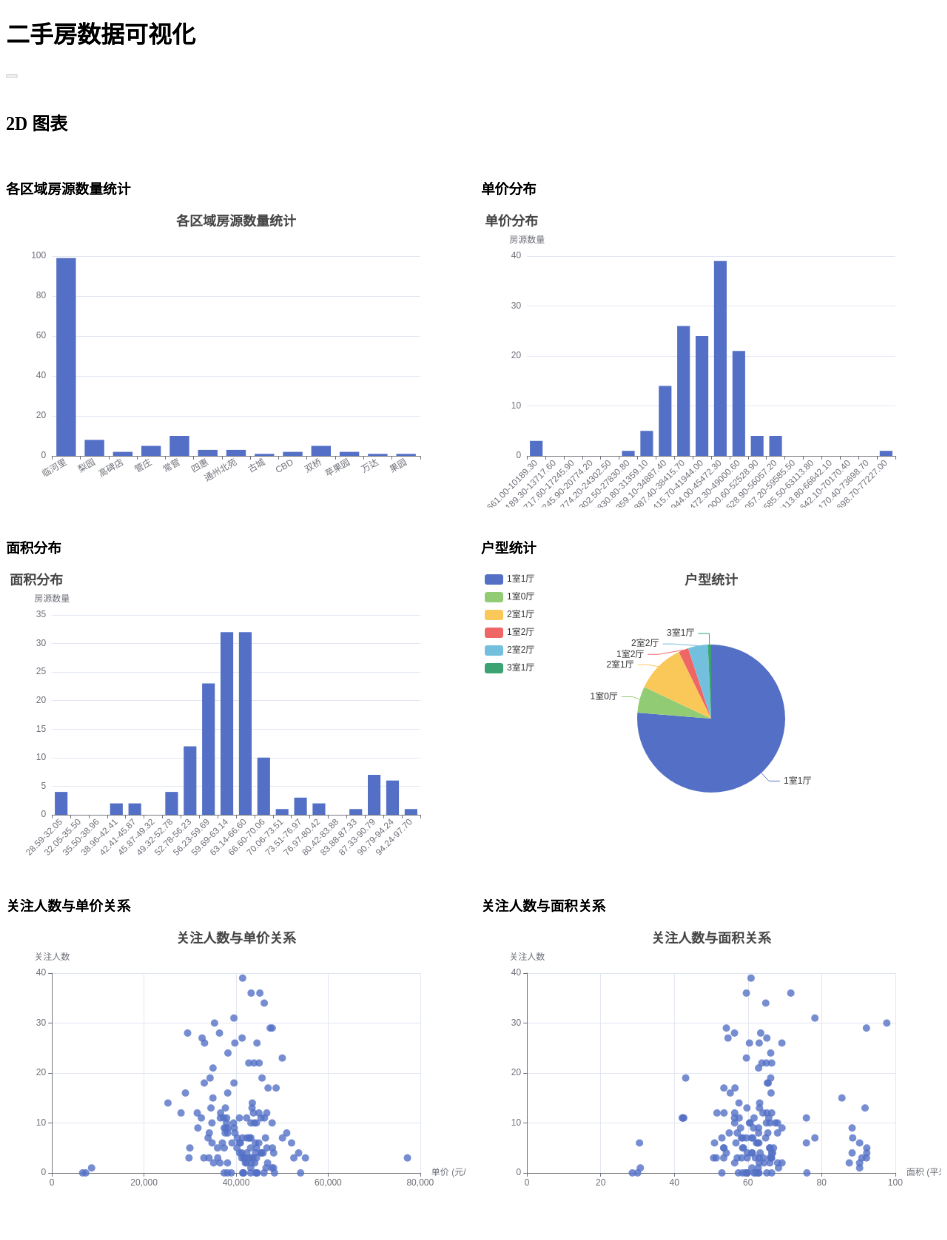
Repository: sakimi-9/DPV-SHP_BeiJing
Page: / (app in py_crawler/rendering/)
An editor plug-in stored every save of this project. The page is shown before and after the next save, followed by the edit.
The browser window is 1280 px wide. The pictures show the whole page, at 74% of full size.
The project was rebuilt for these pictures with package versions that can differ from the ones it lists, and the page was loaded fresh each time. Also part of the build but not shown: py_crawler/rendering/vite.config.ts.

Above is the page before, as saved 2025-05-22 15:53:10.

### py_crawler/rendering/index.html
<!DOCTYPE html>
<html lang="en">

<head>
    <meta charset="UTF-8">
    <link rel="icon" href="/favicon.ico">
    <meta name="viewport" content="width=device-width, initial-scale=1.0">
    <title>二手房数据可视化</title>
</head>

<body>
    <div id="app"></div>
    <script type="module" src="/src/main.ts"></script>
</body>

</html>

### py_crawler/rendering/src/App.vue
<template>
  <div>
    <h1>二手房数据可视化</h1>

    <!-- 模式切换 UI -->
    <div>
      <button @click="currentMode = '2D'" :disabled="currentMode === '2D'"></button>
    </div>

    <!-- 2D 图表区域 -->
    <TwoDCharts v-if="currentMode === '2D'" :house-data="houseData" />
  </div>
</template>

<script setup lang="ts">
import { ref, onMounted } from 'vue';

// 导入新组件
import TwoDCharts from './components/TwoDCharts.vue';

// 定义解析后的房源数据接口 (保留接口定义，添加经纬度)
interface ParsedHouse {
  房源标题: string;
  室: number | null;
  厅: number | null;
  面积: number | null; // 平米
  朝向: string | null;
  装修: string | null;
  楼层信息: string | null; // 例如 "中楼层"
  总楼层: number | null;
  建筑年份: number | null; // 例如 2012
  建筑类型: string | null; // 例如 "板塔结合"
  小区名称: string | null;
  所在区域: string | null; // 例如 "临河里"
  单价: number | null; // 元/平
  关注人数: number | null;
  发布时间: string | null; // 例如 "2个月以前发布"
  标签: string[];
  // 添加经纬度信息
  location?: { lng: number; lat: number };
}

// 数据解析函数 (修改：查找并添加经纬度)
function parseHouseData(rawData: any[]): ParsedHouse[] {
  const parsedData: ParsedHouse[] = [];

  rawData.forEach(item => {
    const parsedItem: ParsedHouse = {
      房源标题: item['房源'] || '',
      室: null,
      厅: null,
      面积: null,
      朝向: null,
      装修: null,
      楼层信息: null,
      总楼层: null,
      建筑年份: null,
      建筑类型: null,
      小区名称: null,
      所在区域: null,
      单价: null,
      关注人数: null,
      发布时间: item['关注人数和发布时间'] ? item['关注人数和发布时间'].split(' / ')[1]?.trim() || null : null,
      标签: item['标签'] ? item['标签'].split(' ').filter((tag: string) => tag.trim() !== '') : [],
    };

    const houseInfoParts = item['房子信息'] ? item['房子信息'].split(' | ').map((part: string) => part.trim()) : [];
    houseInfoParts.forEach((part: string) => {
      if (part.includes('室') && part.includes('厅')) {
        const match = part.match(/(\d+)室(\d+)厅/);
        if (match) {
          parsedItem.室 = parseInt(match[1], 10);
          parsedItem.厅 = parseInt(match[2], 10);
        }
      } else if (part.includes('平米')) {
        const match = part.match(/([\d\.]+)平米/);
        if (match) {
          parsedItem.面积 = parseFloat(match[1]);
        }
      } else if (part.includes('层') && part.includes('共')) {
        const match = part.match(/(.+)\(共(\d+)层\)/);
        if (match) {
          parsedItem.楼层信息 = match[1].trim();
          parsedItem.总楼层 = parseInt(match[2], 10);
        } else {
          const totalFloorsMatch = part.match(/(\d+)层/);
          if (totalFloorsMatch) {
            parsedItem.总楼层 = parseInt(totalFloorsMatch[1], 10);
          }
        }
      } else if (part.match(/\d{4}年/)) {
        parsedItem.建筑年份 = parseInt(part, 10);
      } else if (part === '板楼' || part === '塔楼' || part === '板塔结合') {
        parsedItem.建筑类型 = part;
      } else if (['东', '南', '西', '北', '东南', '东北', '西南', '西北'].some(dir => part.includes(dir))) {
        parsedItem.朝向 = part;
      } else if (['毛坯', '简装', '精装', '其他'].some(dec => part.includes(dec))) {
        parsedItem.装修 = part;
      }
    });

    const areaParts = item['所在区域'] ? item['所在区域'].split('  ').map((part: string) => part.trim()) : [];
    if (areaParts.length > 0) {
      parsedItem.小区名称 = areaParts[0];
      if (areaParts.length > 1) {
        parsedItem.所在区域 = areaParts[1];
      }
    }

    const priceMatch = item['单价'] ? item['单价'].replace(',', '').match(/([\d\.]+)元\/平/) : null;
    if (priceMatch) {
      parsedItem.单价 = parseFloat(priceMatch[1]);
    }

    const followTimeParts = item['关注人数和发布时间'] ? item['关注人数和发布时间'].split(' / ').map((part: string) => part.trim()) : [];
    if (followTimeParts.length > 0) {
      const followMatch = followTimeParts[0].match(/(\d+)人关注/);
      if (followMatch) {
        parsedItem.关注人数 = parseInt(followMatch[1], 10);
      }
    }

    parsedData.push(parsedItem);
  });

  return parsedData; // Return all parsed data
}

// Define a ref to store the parsed data
const houseData = ref<ParsedHouse[] | null>(null);

// 定义当前模式状态
const currentMode = ref<'2D'>('2D'); // Only 2D mode is available now

// 数据加载逻辑 (修改：先加载经纬度，再加载房源数据)
onMounted(async () => {
  try {
    const response = await fetch('/house_data.json');
    if (!response.ok) {
      throw new Error(`HTTP error! status: ${response.status}`);
    }
    const rawHouseData = await response.json();
    // 解析房源数据时传入经纬度 Map
    houseData.value = parseHouseData(rawHouseData);

    console.log('解析后的数据并存储:', houseData.value);

  } catch (error) {
    console.error('Error loading or processing data:', error);
  }
});

// 显式导出响应式变量 (可能有助于类型检查)
// export { houseData, currentMode };

</script>

<style scoped>
/* 只保留 App.vue 自己的样式 */
div {
  margin-bottom: 20px;
}

button {
  margin-right: 10px;
}

/* 移除迁移到 TwoDCharts.vue 的样式 */
</style>

### py_crawler/rendering/src/components/TwoDCharts.vue
<template>
    <div class="charts-2d-container">
        <h2>2D 图表</h2>

        <!-- 各区域房源数量统计 和 单价分布直方图 -->
        <div class="chart-row">
            <div class="chart-item">
                <h3>各区域房源数量统计</h3>
                <div ref="areaChartContainer" style="width: 100%; height: 400px;"></div>
            </div>
            <div class="chart-item">
                <h3>单价分布</h3>
                <div ref="priceHistContainer" style="width: 100%; height: 400px;"></div>
            </div>
        </div>

        <!-- 面积分布直方图 和 户型统计 -->
        <div class="chart-row">
            <div class="chart-item">
                <h3>面积分布</h3>
                <div ref="areaHistContainer" style="width: 100%; height: 400px;"></div>
            </div>
            <div class="chart-item">
                <h3>户型统计</h3>
                <div ref="unitTypeChartContainer" style="width: 100%; height: 400px;"></div>
            </div>
        </div>

        <!-- 关注人数与单价散点图 和 关注人数与面积散点图 -->
        <div class="chart-row">
            <div class="chart-item">
                <h3>关注人数与单价关系</h3>
                <div ref="followPriceScatterContainer" style="width: 100%; height: 400px;"></div>
            </div>
            <div class="chart-item">
                <h3>关注人数与面积关系</h3>
                <div ref="followAreaScatterContainer" style="width: 100%; height: 400px;"></div>
            </div>
        </div>

    </div>
</template>

<script setup lang="ts">
import { ref, onMounted, watch } from 'vue';
import * as echarts from 'echarts/core';
// Import the necessary components and charts
import { BarChart, PieChart, ScatterChart } from 'echarts/charts';
import { GridComponent, TooltipComponent, LegendComponent, TitleComponent } from 'echarts/components';
import { CanvasRenderer } from 'echarts/renderers';

echarts.use([
    BarChart,
    PieChart,
    ScatterChart,
    GridComponent,
    TooltipComponent,
    LegendComponent,
    TitleComponent,
    CanvasRenderer,
]);

// 定义解析后的房源数据接口
interface ParsedHouse {
    房源标题: string;
    室: number | null;
    厅: number | null;
    面积: number | null; // 平米
    朝向: string | null;
    装修: string | null;
    楼层信息: string | null; // 例如 "中楼层"
    总楼层: number | null;
    建筑年份: number | null; // 例如 2012
    建筑类型: string | null; // 例如 "板塔结合"
    小区名称: string | null;
    所在区域: string | null; // 例如 "临河里"
    单价: number | null; // 元/平
    关注人数: number | null;
    发布时间: string | null; // 例如 "2个月以前发布"
    标签: string[];
}

// 定义接收的 props
const props = defineProps<{ houseData: ParsedHouse[] | null }>();

// 定义图表容器的引用
const areaChartContainer = ref<HTMLElement | null>(null);
const priceHistContainer = ref<HTMLElement | null>(null);
const areaHistContainer = ref<HTMLElement | null>(null);
const unitTypeChartContainer = ref<HTMLElement | null>(null);
const followPriceScatterContainer = ref<HTMLElement | null>(null);
const followAreaScatterContainer = ref<HTMLElement | null>(null);

// 绘制各区域房源数量统计图
function renderAreaChart(chartElement: HTMLElement, data: ParsedHouse[]) {
    const areaCounts: { [key: string]: number } = {};
    data.forEach((item: ParsedHouse) => {
        if (item.所在区域) {
            areaCounts[item.所在区域] = (areaCounts[item.所在区域] || 0) + 1;
        }
    });

    const areas = Object.keys(areaCounts);
    const counts = Object.values(areaCounts);

    const myChart = echarts.init(chartElement);
    const option = {
        title: {
            text: '各区域房源数量统计',
            left: 'center'
        },
        tooltip: {},
        xAxis: {
            type: 'category',
            data: areas,
            axisLabel: { // 旋转 x 轴标签，避免重叠
                interval: 0,
                rotate: 30,
                overflow: 'breakAll',
                ellipsis: '...'
            }
        },
        yAxis: {
            type: 'value'
        },
        series: [
            {
                name: '房源数量',
                type: 'bar',
                data: counts
            }
        ]
    };
    myChart.setOption(option);
}

// Function to draw the unit price distribution histogram
const drawUnitPriceDistributionChart = (chartElement: HTMLElement, parsedData: ParsedHouse[]) => {
    const prices = parsedData
        .map(house => house.单价)
        .filter((price): price is number => price !== null && !isNaN(price)); // Filter out null/NaN values

    if (prices.length === 0) {
        console.warn("No valid price data to draw histogram.");
        echarts.dispose(chartElement);
        chartElement.innerHTML = '<p>暂无单价分布数据</p>';
        return;
    }

    const numBins = 20;
    const minPrice = Math.min(...prices);
    const maxPrice = Math.max(...prices);
    const binRange = (maxPrice - minPrice) / numBins;

    const bins: { interval: [number, number], count: number }[] = [];
    for (let i = 0; i < numBins; i++) {
        bins.push({ interval: [minPrice + i * binRange, minPrice + (i + 1) * binRange], count: 0 });
    }

    if (maxPrice > bins[numBins - 1].interval[1]) {
        bins[numBins - 1].interval[1] = maxPrice;
    }


    prices.forEach(price => {
        for (let i = 0; i < numBins; i++) {
            if (price >= bins[i].interval[0] && (price < bins[i].interval[1] || (i === numBins - 1 && price <= bins[i].interval[1]))) {
                bins[i].count++;
                break;
            }
        }
    });

    const chart = echarts.init(chartElement);
    const options = {
        title: { text: '单价分布' },
        tooltip: {
            formatter: function (params: any) {
                const bin = bins.find(b => `${b.interval[0].toFixed(2)}-${b.interval[1].toFixed(2)}` === params.name);
                if (bin) {
                    return `单价范围: ${bin.interval[0].toFixed(2)}-${bin.interval[1].toFixed(2)}<br/>房源数量: ${bin.count}`;
                }
                return params.name + '<br/>' + params.seriesName + ': ' + params.value;
            }
        },
        xAxis: {
            type: 'category',
            data: bins.map(bin => `${bin.interval[0].toFixed(2)}-${bin.interval[1].toFixed(2)}`),
            axisLabel: {
                interval: 0,
                rotate: 45,
                overflow: 'breakAll',
                ellipsis: '...'
            }
        },
        yAxis: { type: 'value', name: '房源数量' },
        series: [{
            name: '房源数量',
            data: bins.map(bin => bin.count),
            type: 'bar'
        }]
    };
    chart.setOption(options);
};

// Function to draw the size distribution histogram
const drawSizeDistributionChart = (chartElement: HTMLElement, parsedData: ParsedHouse[]) => {
    const sizes = parsedData
        .map(house => house.面积)
        .filter((size): size is number => size !== null && !isNaN(size)); // Filter out null/NaN values

    if (sizes.length === 0) {
        console.warn("No valid size data to draw histogram.");
        echarts.dispose(chartElement);
        chartElement.innerHTML = '<p>暂无面积分布数据</p>';
        return;
    }

    const numBins = 20;
    const minSize = Math.min(...sizes);
    const maxSize = Math.max(...sizes);
    const binRange = (maxSize - minSize) / numBins;

    const bins: { interval: [number, number], count: number }[] = [];
    for (let i = 0; i < numBins; i++) {
        bins.push({ interval: [minSize + i * binRange, minSize + (i + 1) * binRange], count: 0 });
    }

    if (maxSize > bins[numBins - 1].interval[1]) {
        bins[numBins - 1].interval[1] = maxSize;
    }


    sizes.forEach(size => {
        for (let i = 0; i < numBins; i++) {
            if (size >= bins[i].interval[0] && (size < bins[i].interval[1] || (i === numBins - 1 && size <= bins[i].interval[1]))) {
                bins[i].count++;
                break;
            }
        }
    });


    const chart = echarts.init(chartElement);
    const options = {
        title: { text: '面积分布' },
        tooltip: {
            formatter: function (params: any) {
                const bin = bins.find(b => `${b.interval[0].toFixed(2)}-${b.interval[1].toFixed(2)}` === params.name);
                if (bin) {
                    return `面积范围: ${bin.interval[0].toFixed(2)}-${bin.interval[1].toFixed(2)}<br/>房源数量: ${bin.count}`;
                }
                return params.name + '<br/>' + params.seriesName + ': ' + params.value;
            }
        },
        xAxis: {
            type: 'category',
            data: bins.map(bin => `${bin.interval[0].toFixed(2)}-${bin.interval[1].toFixed(2)}`),
            axisLabel: {
                interval: 0,
                rotate: 45,
                overflow: 'breakAll',
                ellipsis: '...'
            }
        },
        yAxis: { type: 'value', name: '房源数量' },
        series: [{
            name: '房源数量',
            data: bins.map(bin => bin.count),
            type: 'bar'
        }]
    };
    chart.setOption(options);
};

// 绘制户型统计图 (饼图示例)
function renderUnitTypeChart(chartElement: HTMLElement, data: ParsedHouse[]) {
    const unitTypeCounts: { [key: string]: number } = {};
    data.forEach((item: ParsedHouse) => {
        if (item.室 !== null && item.厅 !== null) {
            const unitType = `${item.室}室${item.厅}厅`;
            unitTypeCounts[unitType] = (unitTypeCounts[unitType] || 0) + 1;
        } else if (item.室 !== null) { // 只有室的情况
            const unitType = `${item.室}室`;
            unitTypeCounts[unitType] = (unitTypeCounts[unitType] || 0) + 1;
        } else if (item.厅 !== null) { // 只有厅的情况
            const unitType = `${item.厅}厅`;
            unitTypeCounts[unitType] = (unitTypeCounts[unitType] || 0) + 1;
        }
    });

    const chartData = Object.keys(unitTypeCounts).map(type => ({
        name: type,
        value: unitTypeCounts[type]
    }));

    const myChart = echarts.init(chartElement);
    const option = {
        title: {
            text: '户型统计',
            left: 'center'
        },
        tooltip: {
            trigger: 'item'
        },
        legend: {
            orient: 'vertical',
            left: 'left'
        },
        series: [
            {
                name: '户型',
                type: 'pie',
                radius: '50%',
                data: chartData,
                emphasis: {
                    itemStyle: {
                        shadowBlur: 10,
                        shadowOffsetX: 0,
                        shadowColor: 'rgba(0, 0, 0, 0.5)'
                    }
                }
            }
        ]
    };
    myChart.setOption(option);
}

// 绘制关注人数与单价散点图
function renderFollowPriceScatter(chartElement: HTMLElement, data: ParsedHouse[]) {
    const scatterData = data
        .filter(item => item.关注人数 !== null && item.单价 !== null)
        .map(item => [item.单价, item.关注人数]); // [x: 单价, y: 关注人数]

    const myChart = echarts.init(chartElement);
    const option = {
        title: {
            text: '关注人数与单价关系',
            left: 'center'
        },
        tooltip: {
            trigger: 'axis',
            axisPointer: {
                type: 'shadow'
            },
            formatter: function (params: any) {
                const item = params[0];
                const originalItem = data.find(d => d.单价 === item.value[0] && d.关注人数 === item.value[1]);
                if (originalItem) {
                    return `房源: ${originalItem.房源标题}<br/>单价: ${item.value[0]} 元/平<br/>关注人数: ${item.value[1]} 人`;
                } else {
                    return `单价: ${item.value[0]} 元/平<br/>关注人数: ${item.value[1]} 人`;
                }
            }
        },
        xAxis: {
            type: 'value',
            name: '单价 (元/平)',
            axisLabel: {
                formatter: '{value}'
            }
        },
        yAxis: {
            type: 'value',
            name: '关注人数',
            axisLabel: {
                formatter: '{value}'
            }
        },
        series: [
            {
                name: '房源',
                type: 'scatter',
                data: scatterData
            }
        ]
    };
    myChart.setOption(option);
}

// 绘制关注人数与面积散点图
function renderFollowAreaScatter(chartElement: HTMLElement, data: ParsedHouse[]) {
    const scatterData = data
        .filter(item => item.关注人数 !== null && item.面积 !== null)
        .map(item => [item.面积, item.关注人数]); // [x: 面积, y: 关注人数]

    const myChart = echarts.init(chartElement);
    const option = {
        title: {
            text: '关注人数与面积关系',
            left: 'center'
        },
        tooltip: {
            trigger: 'axis',
            axisPointer: {
                type: 'shadow'
            },
            formatter: function (params: any) {
                const item = params[0];
                const originalItem = data.find(d => d.面积 === item.value[0] && d.关注人数 === item.value[1]);
                if (originalItem) {
                    return `房源: ${originalItem.房源标题}<br/>面积: ${item.value[0]} 平米<br/>关注人数: ${item.value[1]} 人`;
                } else {
                    return `面积: ${item.value[0]} 平米<br/>关注人数: ${item.value[1]} 人`;
                }
            }
        },
        xAxis: {
            type: 'value',
            name: '面积 (平米)',
            axisLabel: {
                formatter: '{value}'
            }
        },
        yAxis: {
            type: 'value',
            name: '关注人数',
            axisLabel: {
                formatter: '{value}'
            }
        },
        series: [
            {
                name: '房源',
                type: 'scatter',
                data: scatterData
            }
        ]
    };
    myChart.setOption(option);
}

// Watch for changes in the houseData prop and redraw charts
watch(() => props.houseData, (newData) => {
    if (newData) {
        // Need to wait for the DOM elements to be available
        if (areaChartContainer.value) renderAreaChart(areaChartContainer.value as HTMLElement, newData);
        if (priceHistContainer.value) drawUnitPriceDistributionChart(priceHistContainer.value as HTMLElement, newData);
        if (areaHistContainer.value) drawSizeDistributionChart(areaHistContainer.value as HTMLElement, newData);
        if (unitTypeChartContainer.value) renderUnitTypeChart(unitTypeChartContainer.value as HTMLElement, newData);
        if (followPriceScatterContainer.value) renderFollowPriceScatter(followPriceScatterContainer.value as HTMLElement, newData);
        if (followAreaScatterContainer.value) renderFollowAreaScatter(followAreaScatterContainer.value as HTMLElement, newData);
    }
}, { immediate: true }); // Use immediate: true to draw charts on initial data load

</script>

<style scoped>
.charts-2d-container {
    display: flex;
    flex-direction: column;
    gap: 20px;
}

.chart-row {
    display: flex;
    gap: 20px;
}

.chart-item {
    flex: 1;
    min-width: 0;
}

.chart-item>div {
    width: 100%;
}
</style>

Loaded but not shown: py_crawler/rendering/src/main.ts (common file); py_crawler/rendering/public/house_data.json (1138 lines, source omitted)

After the next save:
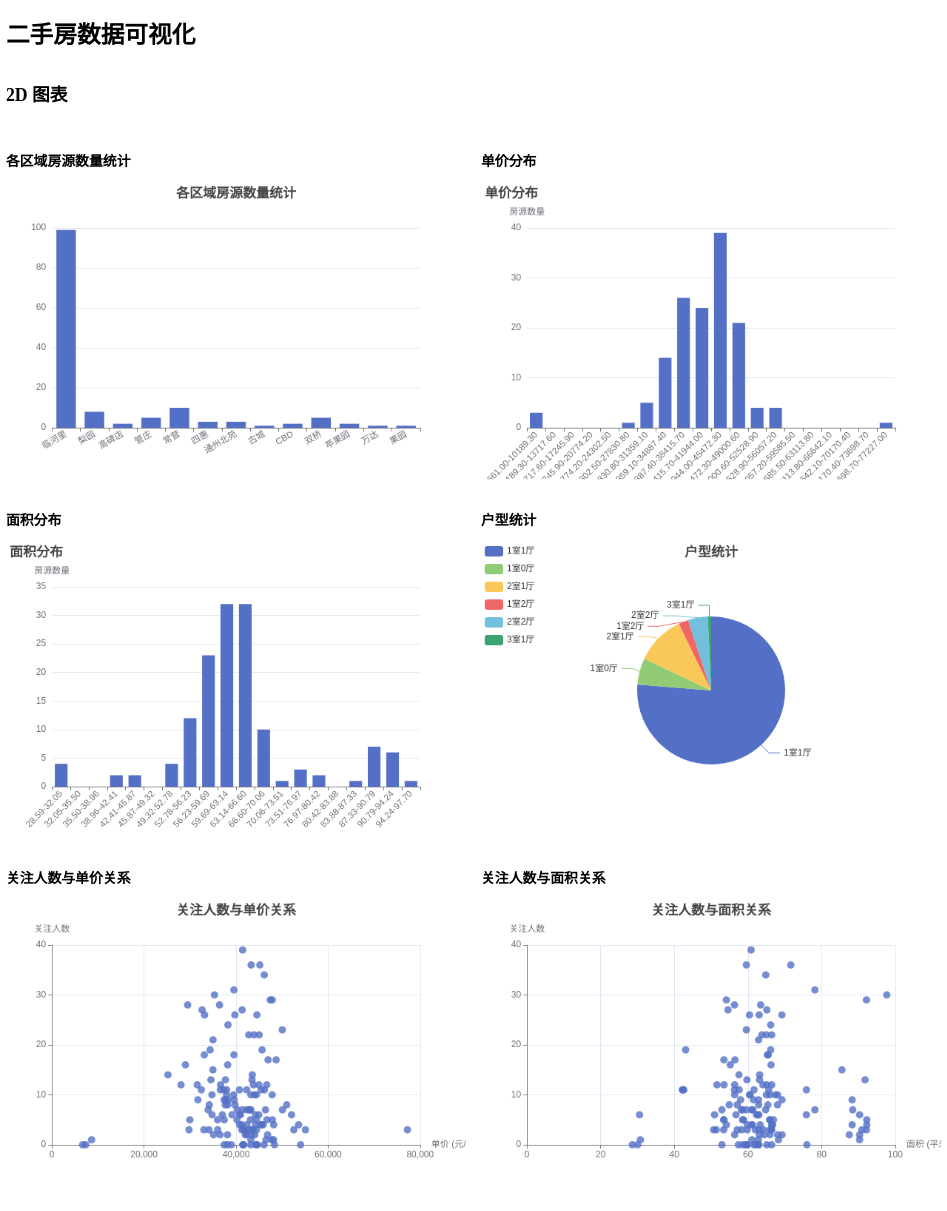
Saved 15 s later.
--- a/py_crawler/rendering/src/App.vue
+++ b/py_crawler/rendering/src/App.vue
@@ -3,9 +3,7 @@
     <h1>二手房数据可视化</h1>
 
     <!-- 模式切换 UI -->
-    <div>
-      <button @click="currentMode = '2D'" :disabled="currentMode === '2D'"></button>
-    </div>
+
 
     <!-- 2D 图表区域 -->
     <TwoDCharts v-if="currentMode === '2D'" :house-data="houseData" />
